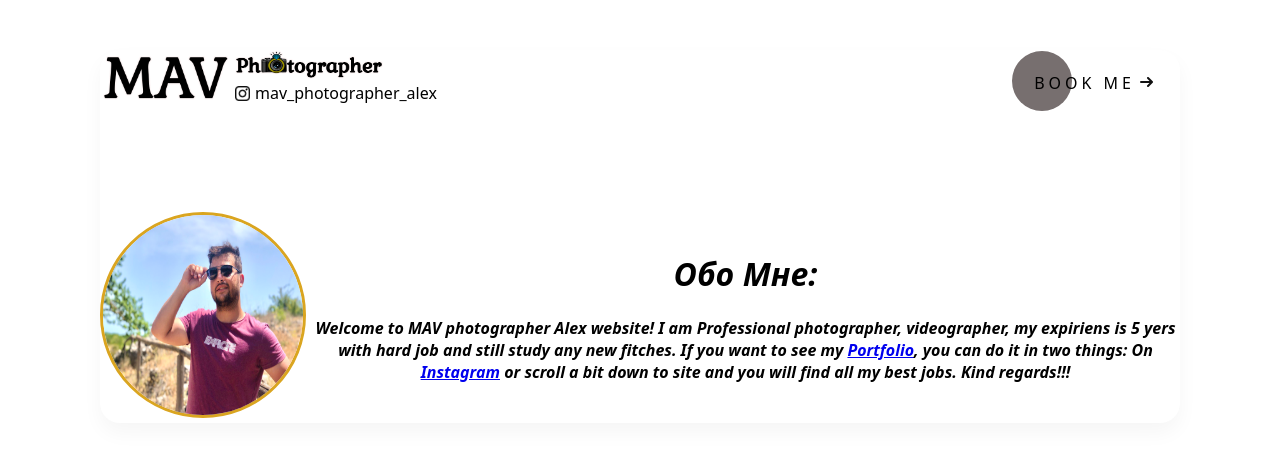
Repository: Dekabrist94/MAV
Page: /
The author's editor kept a copy of each file at every save. The page is drawn from the files as they stood at one save, then again after the next save.
The browser window is 1280 px wide. The pictures show the whole page.
The project was rebuilt for these pictures with package versions that can differ from the ones it lists, and the page was loaded fresh each time.

Above is the page before, as saved 2023-02-28 21:48:13.

After the next save:
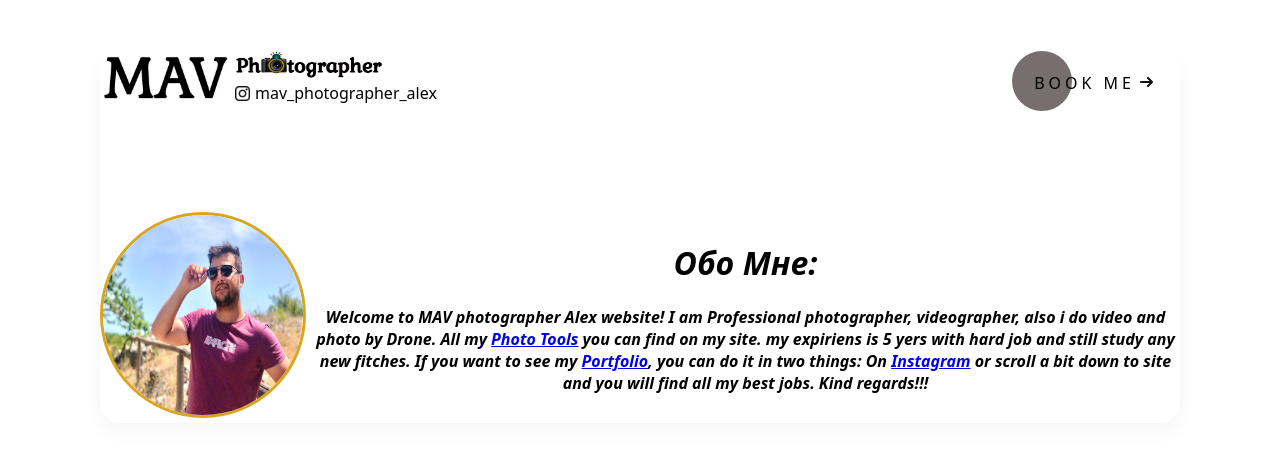
Saved 82 s later.
--- a/src/App.js
+++ b/src/App.js
@@ -30,9 +30,11 @@
           <h1 className="textAbout">Обо Мне:</h1>
           <h4 className="textAbout">
             Welcome to MAV photographer Alex website! I am Professional photographer, videographer,
-            my expiriens is 5 yers with hard job and still study any new fitches. If you want to see
-            my <a href="#">Portfolio</a>, you can do it in two things: On <a href="#">Instagram</a>{' '}
-            or scroll a bit down to site and you will find all my best jobs. Kind regards!!!
+            also i do video and photo by Drone. All my <a href="#">Photo Tools</a> you can find on
+            my site. my expiriens is 5 yers with hard job and still study any new fitches. If you
+            want to see my <a href="#">Portfolio</a>, you can do it in two things: On{' '}
+            <a href="#">Instagram</a> or scroll a bit down to site and you will find all my best
+            jobs. Kind regards!!!
           </h4>
         </div>
       </div>
